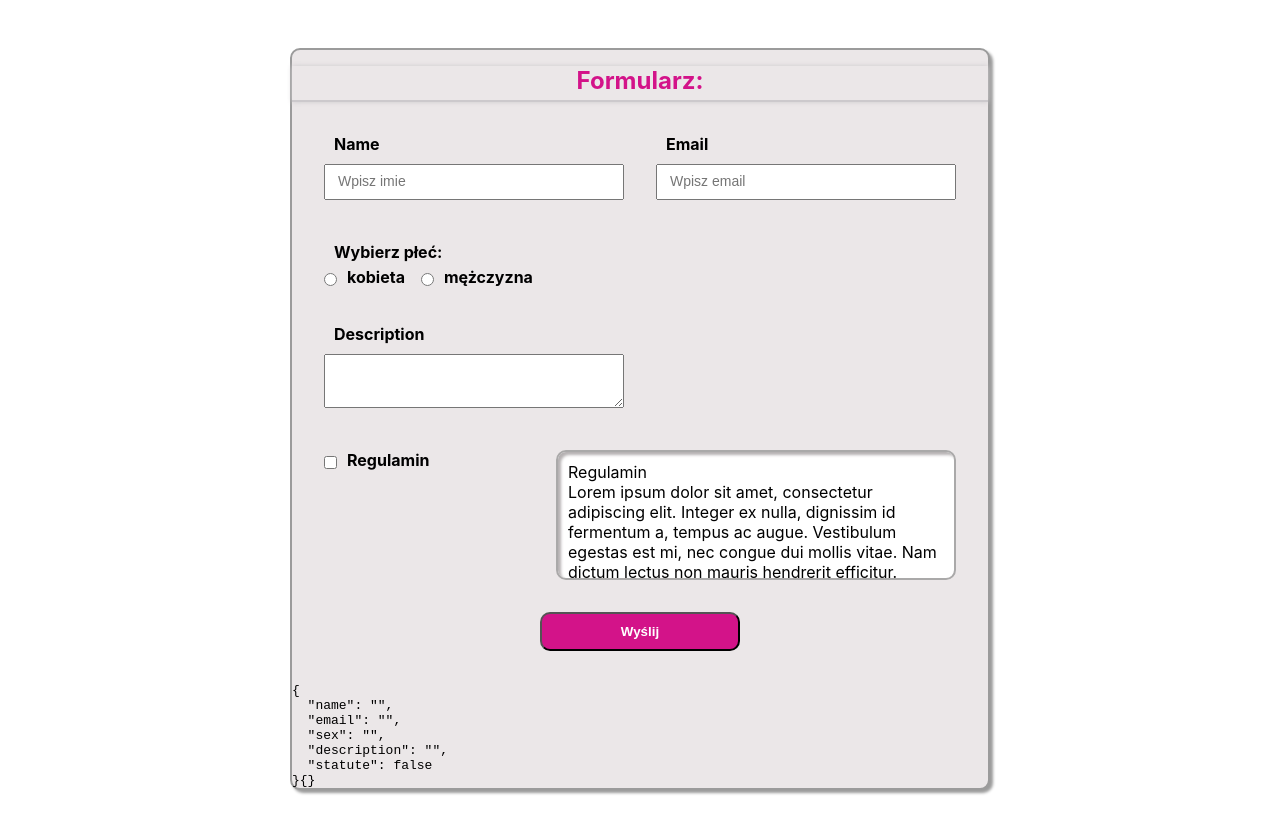
Repository: KrzysKolo/sr_tydzien4_zad3
Page: /
An editor plug-in stored every save of this project. The page is shown before and after the next save, followed by the edit.
The browser window is 1280 px wide. The pictures show the whole page.
The project was rebuilt for these pictures with package versions that can differ from the ones it lists, and the page was loaded fresh each time. Also part of the build but not shown: src/components/FormComponents/TextError.js.

Above is the page before, as saved 2020-11-19 14:30:06.

### src/App.js
import React from 'react';
import './App.css';
import FormikContainer from './components/Formik/FormikContainer';
import Header from './components/Header';
const App = () => {
  return (
    <main className="App">
      <Header />
      <FormikContainer />
    </main>
   );
}

export default App;

### src/App.css
* {
  margin: 0;
  padding: 0;
  box-sizing: border-box;
}
.App {
  margin: 3rem auto;
  width: 700px;
  background-color: rgb(235, 231, 232);
  border: 2px solid rgb(155, 155, 155);
  border-radius: 10px;
  box-shadow: 3px 3px 3px rgb(155, 155, 155);
}
.section {
  display: flex;
  flex-direction: row;
  margin: 2rem 2rem;
  justify-content: space-between;
}
label {
  font-weight: bold;
  display: flex;
  margin-bottom: 5px;
  margin-left: 10px;
}
input[type="text"],
input[type="email"],
textarea {
  display: block;
  width: 300px;
  padding: 6px 12px;
  font-size: 14px;
  line-height: 1.4285;
  color: #555;
  margin: 10px 0;
}
.error {
  color: red;
}
.row {
  display: flex;
  flex-direction: row;
  align-items: center;
  margin-right: 1rem;
}
.statute {
  border: 2px solid rgb(170, 169, 169);
  border-radius: 10px;
  box-shadow: inset 3px 3px 3px rgb(181, 177, 178);
  background: #ffffff;
  height: 130px;
  width: 400px;
  padding: 10px;
  overflow: auto;
}
.btn-send {
  background-color: rgba(211, 19, 137, 1);
  border-radius: 10px;
  color: white;
  cursor: pointer;
  font-weight: bold;
  margin: 0 auto;
  padding: 10px;
  width: 200px;
  transition: all 0.3s ease-in-out;
}
.btn-send:hover {
  background-color: rgba(211, 19, 137, 0.5);
}
.header {
  color: rgba(211, 19, 137, 1);
  margin: 1rem auto;
  text-align: center;
  font-weight: bold;
  border-bottom: 2px solid rgb(204, 201, 204);
  padding-bottom: 5px;
  box-shadow: 0px 0 5px rgb(204, 201, 204);
}

### src/components/Formik/FormikContainer.js
import React from 'react';
import { Formik, Form } from 'formik';
import * as yup from 'yup';
import FormikControl from './FormikControl';
import RadioOptions from './../../data/RadioOptions';

const FormikContainer = () => {
    const initialValues = {
        name: '',
        email: '',
        sex: '',
        description: '',
        statute: false,
    }

    const validationSchema = yup.object({
        name: yup.string().required("Imię jest obowiązkowe!").min(2,"Twóje imię musi mieć więcej niż 2 znaki!").max(30,'Twoje imię może mieć maxymalnie 30 znaków!'),
        email: yup.string().required("Email jest wymagany!").email("Adres zawiera błędy"),
        sex: yup.string().required('Zaznacz jedną wartość!'),
        description: yup.string().required('Wpisz kilka słów!').min(2, "Wpisz co najmniej 2 znaki").max(100, "Możesz wpisać max. 250 znaków"),
        statute: yup.boolean().required().oneOf([true], 'Musisz zaznaczyć regulamin!'),
    });

    const onSubmit = values => {console.log('Form data: ', values)};
    return (
        <Formik
            initialValues={initialValues}
            validationSchema={validationSchema}
            onSubmit={onSubmit}
        >
            { ({formik, values, errors}) => (
                <Form className="form-wrapper">
                    <section className="section">
                        <FormikControl control='input' type='text' label='Name' name='name' placeholder="Wpisz imie"/>
                        <FormikControl control='input' type='email' label='Email' name='email' placeholder="Wpisz email"/>
                    </section>
                    <section className="section">
                        <FormikControl control='radio' label='Wybierz płeć: ' name='sex' options={RadioOptions}/>
                    </section>
                    <section className="section">
                        <FormikControl control='textarea' label='Description' name='description'/>
                    </section>
                    <section className="section">
                        <FormikControl control='checkbox' label='Regulamin' name='statute'/>
                        <div className="statute">
                            Regulamin<br/>
                            <p>Lorem ipsum dolor sit amet, consectetur adipiscing elit. Integer ex nulla, dignissim id fermentum a, tempus ac augue. Vestibulum egestas est mi, nec congue dui mollis vitae. Nam dictum lectus non mauris hendrerit efficitur. Donec imperdiet nec nibh et interdum. Fusce ornare consequat sapien. Pellentesque rhoncus tempor vulputate. Aliquam eu diam laoreet, tincidunt nulla ut, dignissim turpis. Aliquam est ante, luctus sed felis et, iaculis sollicitudin tellus. Cras congue tincidunt viverra. Sed vestibulum faucibus lacus, eu dictum lorem porta id. Praesent a placerat ligula. Vestibulum faucibus ornare erat, id elementum est vehicula eu. Nunc pulvinar dolor lacus. Vestibulum dapibus efficitur orci, ac rhoncus augue auctor ut.</p>
                        </div>
                    </section>
                    <section className="section">
                         <button className="btn-send" type="submit">Wyślij</button>
                    </section>
                    <pre>
                        {JSON.stringify(values, null, 2)}
                        {JSON.stringify(errors, null, 2)}

                    </pre>

                </Form>
            )

            }

        </Formik>
    )
}
export default FormikContainer;

### src/components/Header.js
import React from 'react';
const Header = () => {
    return (
        <section className="header">
            <h2>Formularz: </h2>
        </section>
     );
}

export default Header;

### src/components/Formik/FormikControl.js
import { Input, Radio, Checkbox, TextArea } from './../FormComponents/';


const FormikControl = (props) => {
    const { control, ...rest } = props;
    switch(control) {
        case 'input': return <Input {...rest} />
        case 'radio': return <Radio {...rest} />
        case 'textarea': return <TextArea {...rest} />
        case 'checkbox': return <Checkbox {...rest} />
        default: return null
    }
}

export default FormikControl;

### src/data/RadioOptions.js
const RadioOptions=[
    { id: 0, value: "kobieta", label: 'kobieta' },
    { id: 1, value: "mężczyzna", label: 'mężczyzna' },
   ];
export default RadioOptions;

### src/components/FormComponents/index.js
export { default as Input } from "./Input";
export { default as Radio } from "./Radio";
export { default as Checkbox } from "./Checkbox";
export { default as TextArea } from "./TextArea";

### src/components/FormComponents/Input.js
import React from 'react';
import{ Field, ErrorMessage } from 'formik';
import TextError from './TextError';

const Input = (props) => {
    const { label, name, ...rest } = props;
    return (
        <div className="form-control">
             <label htmlFor={name}>{label}</label>
            <Field id={name} name={name} {...rest} />
            <ErrorMessage name={name} component={TextError} />
        </div>
     );
}

export default Input;

### src/components/FormComponents/Radio.js
import React from 'react';
import{ Field, ErrorMessage } from 'formik';
import TextError from './TextError';

const Radio = (props) => {
    const { label, name, options, ...rest } = props;
    return (
        <div className="form-control">
            <label htmlFor={name}>{label}</label>
            <div className="row">
                <Field name={name} {...rest}>
                    {
                    ({ field }) => {
                        return options.map(option => {
                            return (
                                <div className="row" key={option.id} >
                                    <input type='radio' id={option.id} {...field} value={option.value} checked={field.value === option.value}/>
                                    <label htmlFor={option.id}>{option.label}</label>
                                </div>
                            )
                        })
                    }
                    }
                </Field>
            </div>
            <ErrorMessage name={name} component={TextError} />
        </div>
     );
}

export default Radio;

### src/components/FormComponents/Checkbox.js
import React from 'react';
import{ Field, ErrorMessage } from 'formik';
import TextError from './TextError';

const Checkbox = (props) => {
    const { label, name, ...rest } = props;
    return (
        <div className="form-control">
            <div className="row">
                <Field type='checkbox' id={name} name="statute" {...rest}/>
                <label htmlFor={name}>{label}</label>
            </div>
            <ErrorMessage name={name} component={TextError} />
        </div>
     );
}

export default Checkbox;

### src/components/FormComponents/TextArea.js
import React from 'react';
import{ Field, ErrorMessage } from 'formik';
import TextError from './TextError';

const TextArea = (props) => {
    const { label, name, ...rest } = props;
    return (
        <div className="form-control">
            <label htmlFor={name}>{label}</label>
            <Field as ='textarea' id={name} name={name} {...rest} />
            <ErrorMessage name={name} component={TextError} />
        </div>
     );
}

export default TextArea;

Loaded but not shown: public/index.html (common file); src/index.js (common file); src/index.css (common file)

After the next save:
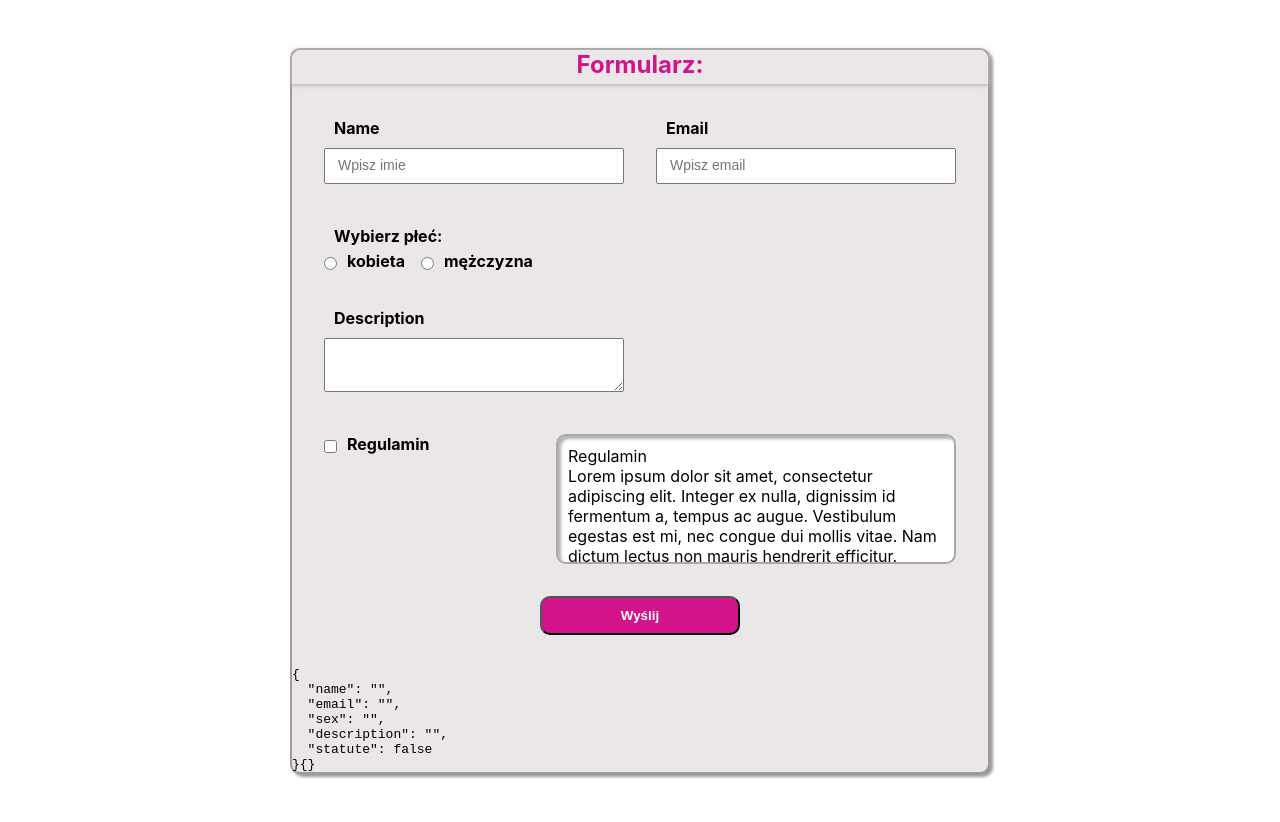
Saved 17 s later.
--- a/src/App.css
+++ b/src/App.css
@@ -69,7 +69,7 @@ textarea {
 }
 .header {
   color: rgba(211, 19, 137, 1);
-  margin: 1rem auto;
+  margin: 0 auto;
   text-align: center;
   font-weight: bold;
   border-bottom: 2px solid rgb(204, 201, 204);
